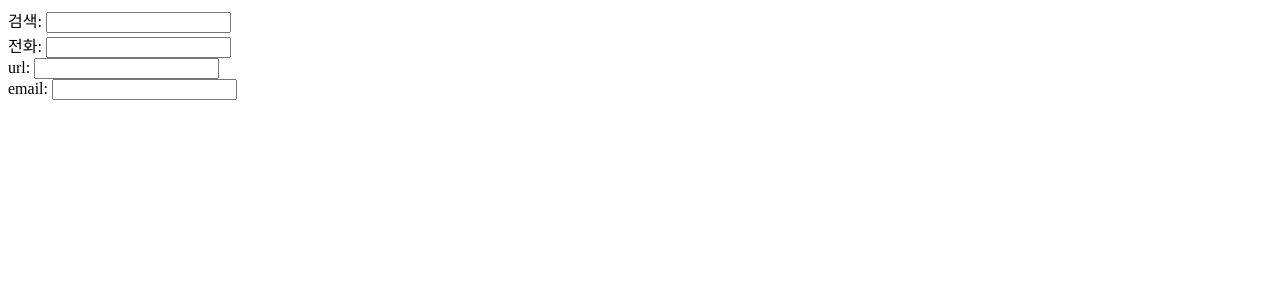
Repository: Jin0207/html_css
Page: day1130/src/main/webapp/enhancedTag.html
These files come from the project's save history. The page is drawn as it stood at one moment and after the next save; the edit follows.
The browser window is 1280 px wide. The pictures show the whole page.

Above is the page before, as saved 2021-11-30 06:31:25.

### day1130/src/main/webapp/enhancedTag.html
<!DOCTYPE html>
<html>
<head>
<meta charset="EUC-KR">
<title>Insert title here</title>
</head>
<body>
	<form action="enhancedTag.jsp" method="post">
		검색: <input type="search" name="keyword"> <br>
		전화: <input type="tel" name="tel"> <br>
		url: <input type="url" name="url"> <br>
		email: <input type="email" name="email"> <br>
	</form>
</body>
</html>

After the next save:
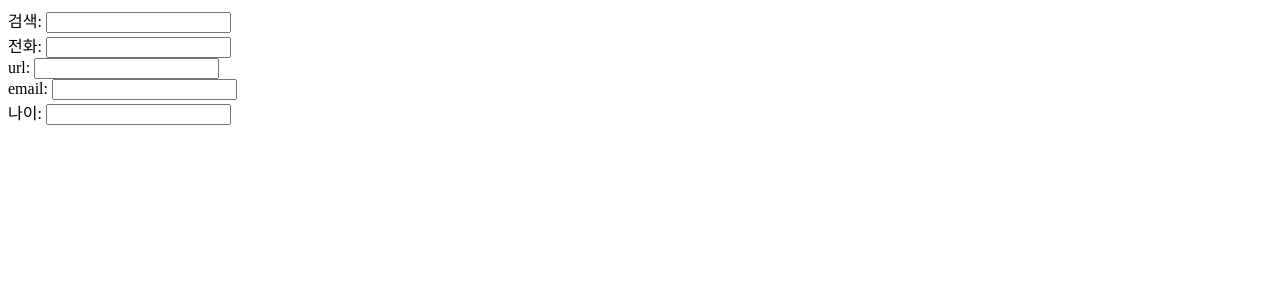
Saved 40 s later.
--- a/day1130/src/main/webapp/enhancedTag.html
+++ b/day1130/src/main/webapp/enhancedTag.html
@@ -7,9 +7,10 @@
 <body>
 	<form action="enhancedTag.jsp" method="post">
 		검색: <input type="search" name="keyword"> <br>
-		전화: <input type="tel" name="tel"> <br>
+		전화: <input type="tel" name="tel" required="required"> <br>
 		url: <input type="url" name="url"> <br>
-		email: <input type="email" name="email"> <br>
+		email: <input type="email" name="email" required="required"> <br>
+		나이: <input type="number" name="email" required="required"> <br>
 	</form>
 </body>
 </html>
